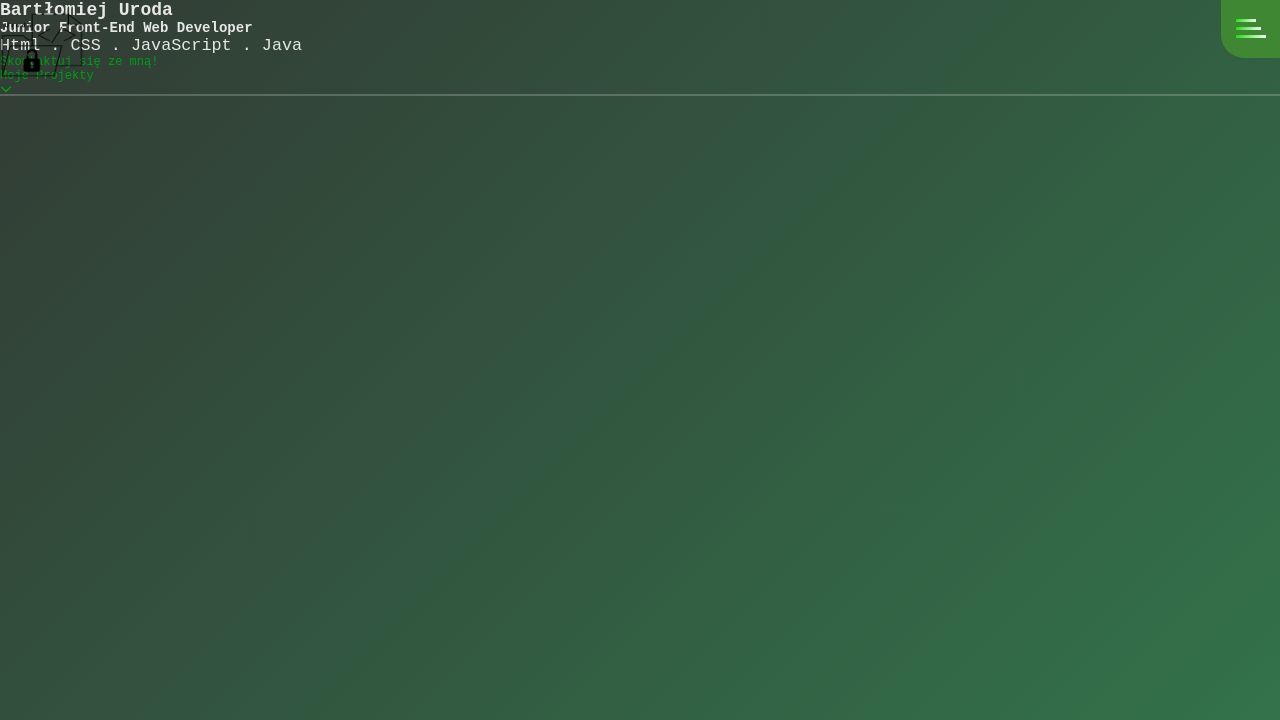
Repository: BartekUroda/portfolio
Page: index.html
These files come from the project's save history. The page is drawn as it stood at one moment and after the next save; the edit follows.
The browser window is 1280 px wide. The pictures show the whole page.
Some web fonts or font styles are not loaded; a fallback is used. Some web libraries are served in a nearby version.

Above is the page before, as saved 2020-10-26 23:53:46.

After the next save:
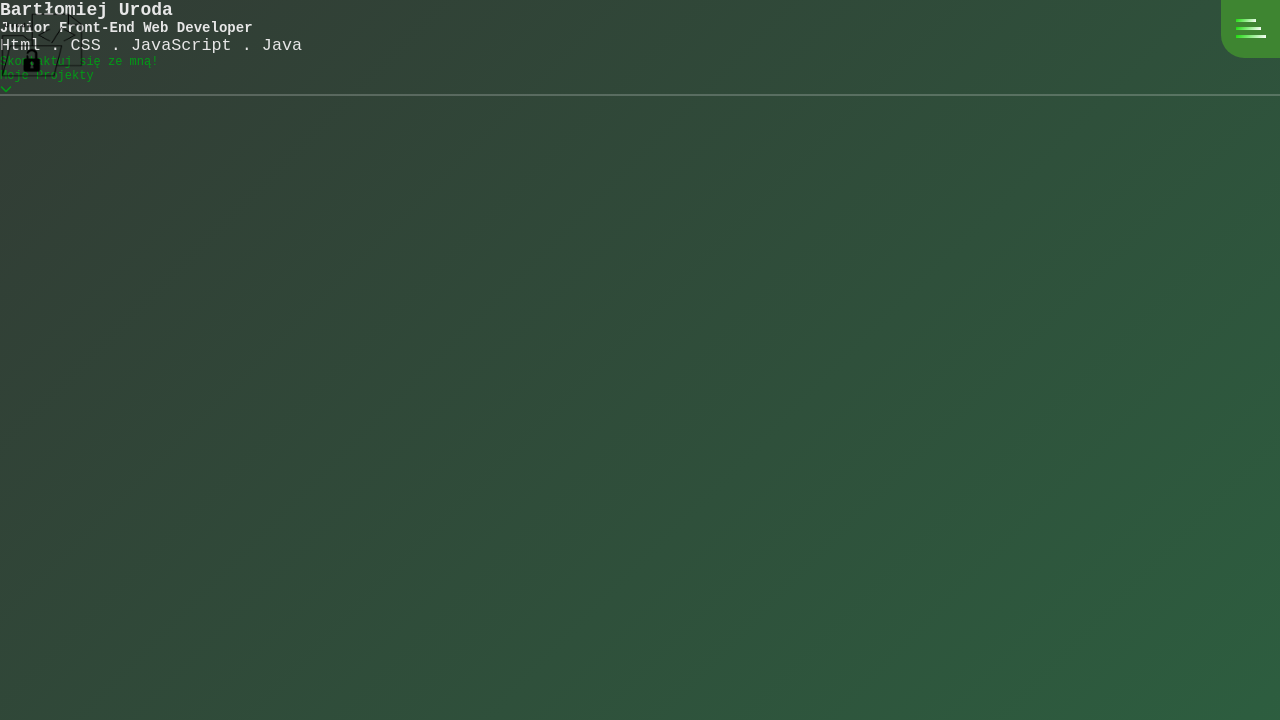
Saved 7 s later.
--- a/css/style.css
+++ b/css/style.css
@@ -173,7 +173,7 @@ nav {
     background: linear-gradient(
         135deg,
         rgba(50, 58, 52, 0.9) 0%,
-        rgba(51, 126, 79, 0.8) 100%
+        rgba(44, 100, 65, 0.8) 100%
     ),
     url('')
 }
